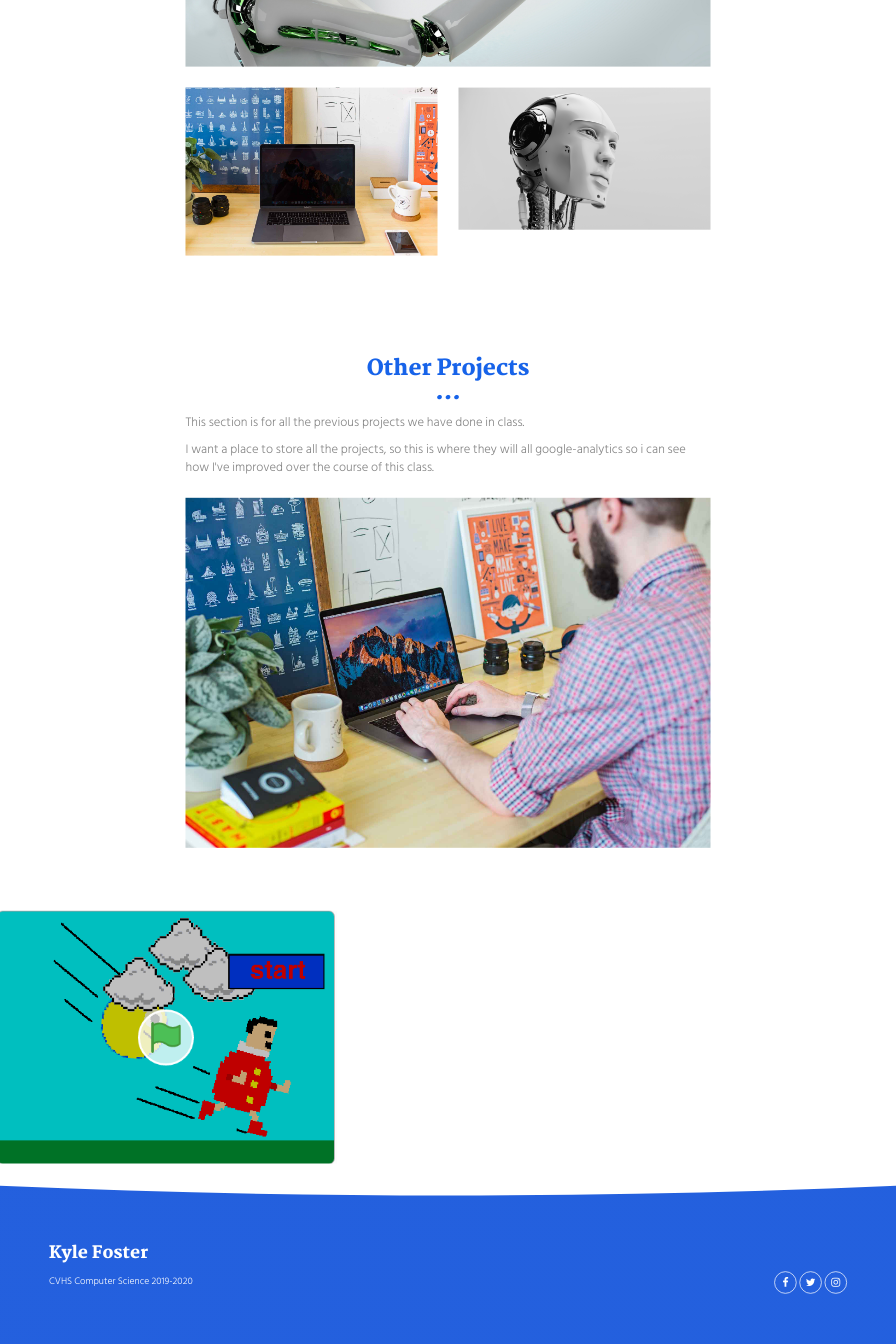
Repository: Kylefostertaz/Kylefostertaz.github.io
Page: project.html
The author's editor kept a record of every edit. The page is drawn from the files as they stood at one moment, then again after the next edit.
The browser window is 1280 px wide. The pictures show the part of the page from y = 703 to 2623 px (the page is 2623 px tall before and 2484 px after), at 70% of full size.

Above is the page before.

After the next edit:
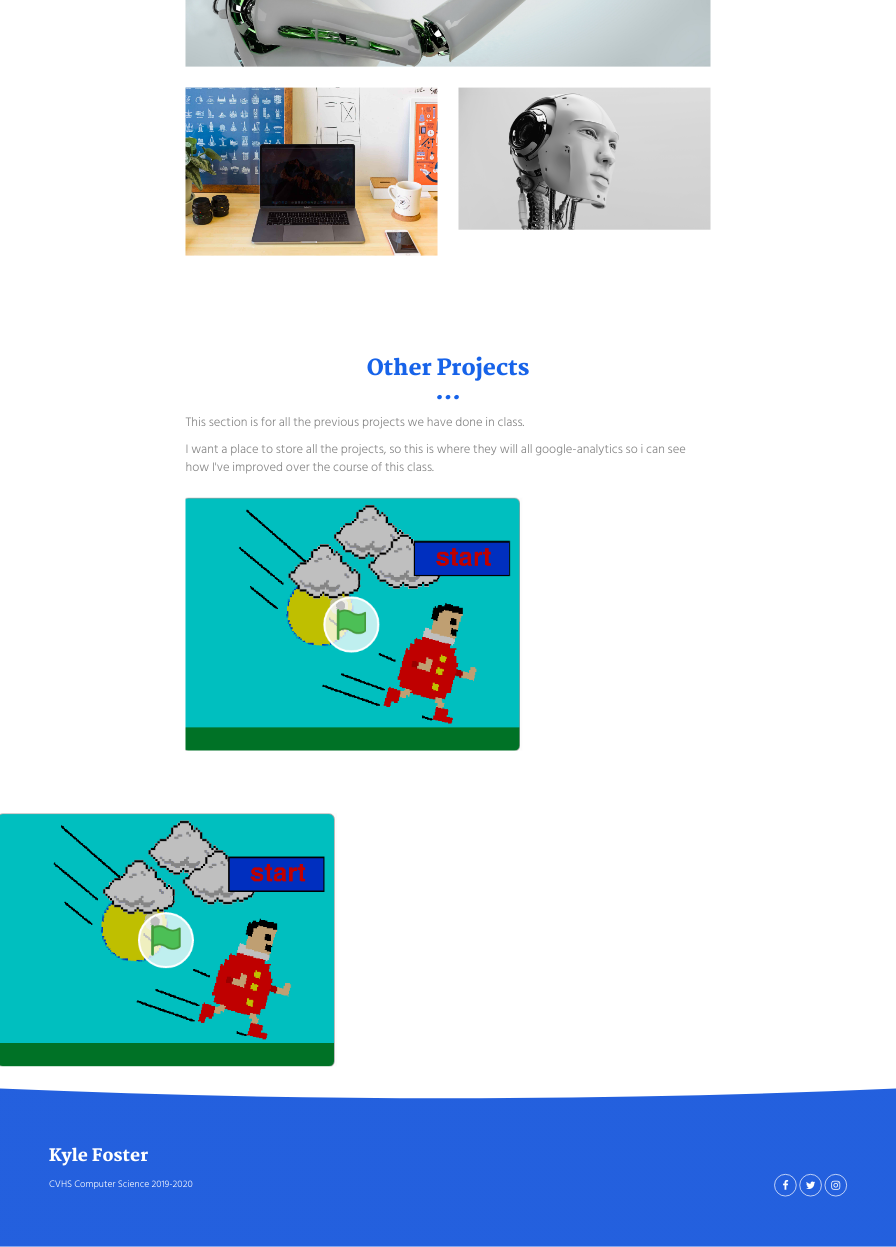
The edit:
--- a/project.html
+++ b/project.html
@@ -98,7 +98,7 @@
             <p>I want a place to store all the projects, so this is where they will all google-analytics
 				so i can see how I've improved over the course of this class.</p>
           </div>
-          <img src="./assets/images/img-05.jpg" alt="Guy Working on Computer" class="img-responsive reveal-content" data-action="zoom">
+          <a href="https://scratch.mit.edu/projects/327281224/" target="_blank"><img src="./assets/images/scratch_img.PNG" alt="Scratch Game Image with Link"></a>
         </div>
       </div>
     </div>
